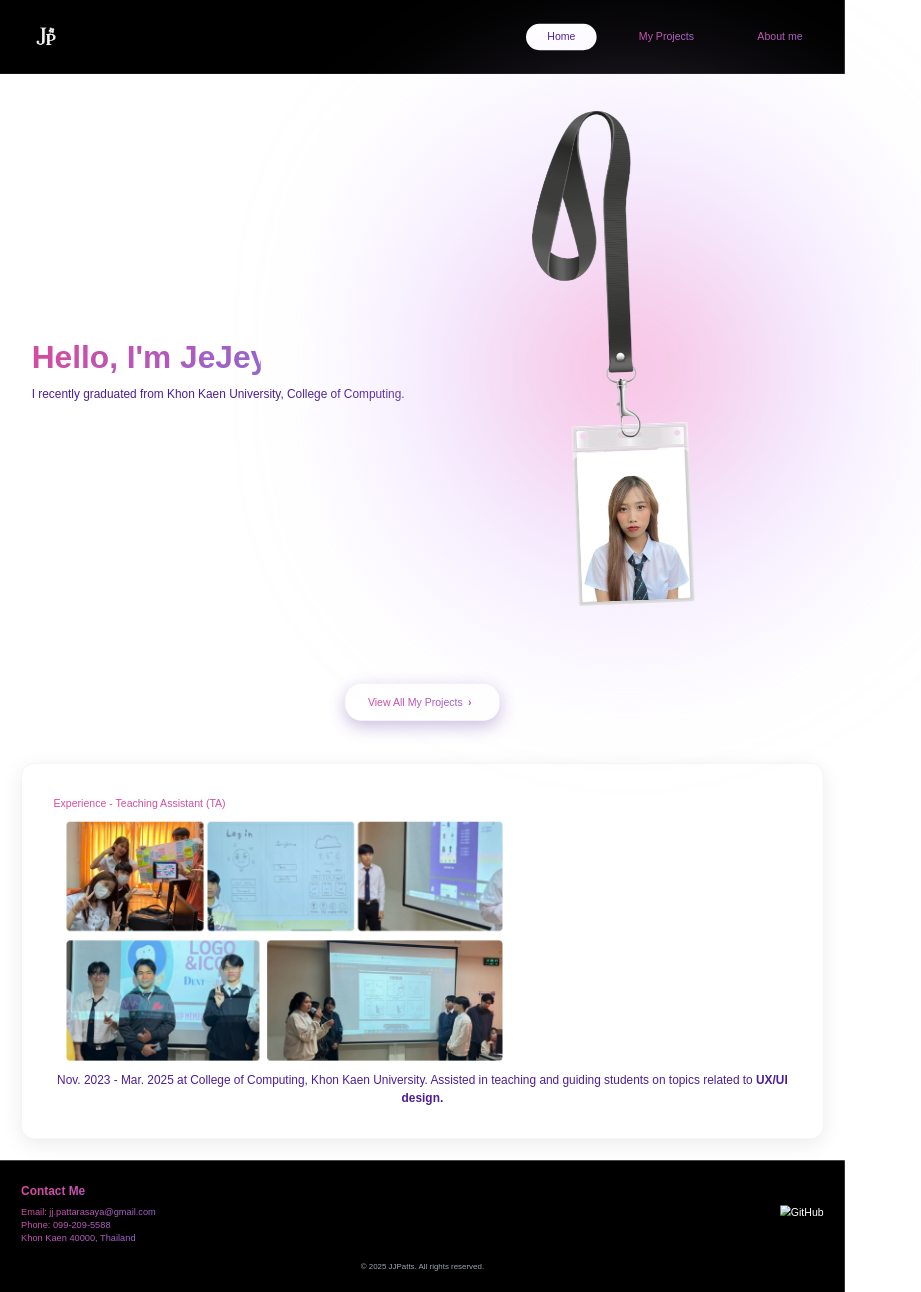
Repository: PattarasayaJJ/Portfolio-jjpatts
Page: /
An editor plug-in stored every save of this project. The page is shown before and after the next save, followed by the edit.
The browser window is 1280 px wide. The page is 1396 px wide, so the pictures cover 1396 px, including what lies to the right of the window. The pictures show the whole page, at 66% of full size.
The project was rebuilt for these pictures with package versions that can differ from the ones it lists, and the page was loaded fresh each time. Also part of the build but not shown: vite.config.js, vite.config.ts, src/header.css, src/work.css, src/components/Works.jsx, src/components/Aboutme.jsx.

Above is the page before, as saved 2025-08-03 23:02:36.

### index.html
<!doctype html>
<html lang="en">
  <head>
    <meta charset="UTF-8" />
    <link rel="icon" type="image/svg+xml" href="/JPtab.png" />
    <meta name="viewport" content="width=device-width, initial-scale=1.0" />
    <title>JJPatts Portfolio</title>
  </head>
  <body>
    <div id="root"></div>
    <script type="module" src="/src/index.jsx"></script>
  </body>
</html>

### src/index.css
@import 'tailwindcss/base';
@import 'tailwindcss/components';
@import 'tailwindcss/utilities';
@import url('https://fonts.googleapis.com/css2?family=Kanit:wght@400;700&display=swap');

*{
   font-family: 'Kanit', sans-serif;

}

### src/App.jsx
import React from 'react';
import { BrowserRouter as Router, Routes, Route } from 'react-router-dom';
import { Header } from './components/Header';
import { Hero } from './components/Hero';
import { Works } from './components/Works';
import { Aboutme } from './components/Aboutme' ;
import { Footer } from './components/Footer';
export function App() {
  return (
    <Router>
      <div className="w-full min-h-screen bg-white">
        <Header />
        <main className="w-full">
          <Routes>
            <Route path="/" element={<><Hero /> </>} />
            <Route path="/works" element={<><Works /></>}/>
            <Route path="/aboutme" element={<Aboutme />} />


          </Routes>
        </main>
        <Footer />

      </div>
    </Router>
  );
}

### src/components/Header.jsx
import React, { useState } from 'react';
import { Link, useLocation } from 'react-router-dom';
import { MenuIcon, XIcon } from 'lucide-react';
import '../header.css';

export function Header() {
  const [isMenuOpen, setIsMenuOpen] = useState(false);
  const location = useLocation();

  const isActive = (path) => location.pathname === path;

  return (
    <header className="w-full bg-black py-4 px-8 relative">
      <div className="max-w-7xl mx-auto flex justify-between items-center">
        <Link to="/">
          <div className="flex items-center">
            <img src="/JP.png" alt="logo" className="w-20" />
          </div>
        </Link>

        <nav className="hidden md:flex space-x-8">
          <Link
            to="/"
            className={`font-medium px-8 py-2 rounded-full ${
              isActive('/') ? 'bg-white text-purple-600' : 'gradient-text'
            }`}
            style={isActive('/') ? { color: '#4c1d95' } : {}}
          >
            Home
          </Link>
          <Link
            to="/works"
            className={`font-medium px-8 py-2 rounded-full ${
              isActive('/works') ? 'bg-white text-purple-600' : 'gradient-text'
            }`}
            style={isActive('/works') ? { color: '#4c1d95' } : {}}
          >
            My Projects
          </Link>
          <Link
            to="/aboutme"
            className={`font-medium px-8 py-2 rounded-full ${
              isActive('/aboutme') ? 'bg-white text-purple-600' : 'gradient-text'
            }`}
            style={isActive('/aboutme') ? { color: '#4c1d95' } : {}}
          >
            About me
          </Link>
        </nav>

        <button className="md:hidden text-white" onClick={() => setIsMenuOpen(!isMenuOpen)}>
          {isMenuOpen ? <XIcon size={24} /> : <MenuIcon size={24} />}
        </button>
      </div>

      <div
        className={`
          fixed top-0 right-0 w-64 h-full bg-black z-50 transform transition-transform duration-300 ease-in-out
          ${isMenuOpen ? 'translate-x-0' : 'translate-x-full'}
          md:hidden
        `}
      >
        <div className="p-6">
          <button className="text-white mb-8" onClick={() => setIsMenuOpen(false)}>
            <XIcon size={24} />
          </button>
          <nav className="flex flex-col space-y-6">
            <Link
              to="/"
              className={`font-medium px-6 py-2 rounded-full block text-center ${
                isActive('/') ? 'bg-white text-purple-600' : 'gradient-text'
              }`}
              style={isActive('/') ? { color: '#4c1d95' } : {}}
              onClick={() => setIsMenuOpen(false)}
            >
              Home
            </Link>
            <Link
              to="/works"
              className={`font-medium px-6 py-2 rounded-full block text-center ${
                isActive('/works') ? 'bg-white text-purple-600' : 'gradient-text'
              }`}
              style={isActive('/works') ? { color: '#4c1d95' } : {}}
              onClick={() => setIsMenuOpen(false)}
            >
              My Projects
            </Link>
            <Link
              to="/aboutme"
              className={`font-medium px-6 py-2 rounded-full block text-center ${
                isActive('/aboutme') ? 'bg-white text-purple-600' : 'gradient-text'
              }`}
              style={isActive('/aboutme') ? { color: '#4c1d95' } : {}}
              onClick={() => setIsMenuOpen(false)}
            >
              About me
            </Link>
          </nav>
        </div>
      </div>

      {isMenuOpen && (
        <div
          className="fixed inset-0 bg-black bg-opacity-50 z-40 md:hidden"
          onClick={() => setIsMenuOpen(false)}
        />
      )}
    </header>
  );
}

### src/components/Hero.jsx
import React from 'react';
import '../hero.css';
import { Link } from 'react-router-dom';

export const Hero = () => {
  return (
    <>
      <section className="hero-section">
        <div className="hero-container">
          <div className="hero-left">
            <div className="hero-text-box">
              <span className="hero-name typing gradient-text">Hello, I'm JeJey.</span>
              <p className="hero-quote">
                I recently graduated from Khon Kaen University, College of Computing.
              </p>
            </div>


          </div>

          <div className="hero-left">
            <div className="hero-image-wrapper">
              <img
                src="/card1.png"
                alt="Portfolio character illustration"
                className="hero-main-image"
              />
            </div>
          </div>
        </div>

         <Link
              to="/works"
              className="moreproject"
              onClick={() => window.scrollTo({ top: 0, behavior: 'instant' })}
            >
              <span className="gradient-text">View All My Projects</span>
              <span className="arrow-icon gradient-text">›</span>
            </Link>
      </section>

      <section className="hero-section">
        <div className="final-project-card-ex">
          <h2 className="final-project-title gradient-text">
            Experience - Teaching Assistant (TA)
          </h2>
          <div className="final-project-content">
            <div className="final">
              <img
                src="/ta.png"
                alt="TA Presentation"
                className="bottom-image"
              />
            </div>
            <p className="bottom-caption">
              Nov. 2023 - Mar. 2025 at College of Computing, Khon Kaen University.
              Assisted in teaching and guiding students on topics related to{' '}
              <span className="uxui">UX/UI design.</span>
            </p>
          </div>
        </div>
      </section>
    </>
  );
};

### src/components/Footer.jsx
import React from 'react';

export function Footer() {
  return (
    <footer className="w-full bg-black text-white py-8 px-8">
  <div className="max-w-7xl mx-auto flex flex-col md:flex-row justify-between items-center space-y-6 md:space-y-0">

        <div className="text-center md:text-left gradient-text ">
          <h2 className="text-lg font-semibold">Contact Me</h2>
          <p className="text-sm mt-2">Email: jj.pattarasaya@gmail.com</p>
          <p className="text-sm">Phone: 099-209-5588</p>
          <p className="text-sm">Khon Kaen 40000, Thailand</p>

        </div>

        <div className="flex space-x-4 ">
        <a href="https://github.com/PattarasayaJJ" target="_blank" rel="noopener noreferrer">
        <img src="https://github.githubassets.com/favicons/favicon.png" alt="GitHub" />

  </a>

        </div>
      </div>

      <div className="text-center text-xs text-gray-400 mt-6 ">
        © {new Date().getFullYear()} JJPatts. All rights reserved.
      </div>
    </footer>
  );
}

### src/hero.css
.hero-section {
  max-width: 80rem;
    margin: 0 auto;
    padding: 2rem;
}

.hero-container {
  max-width: 80rem;
  margin: 0 auto;
  display: flex;
  flex-direction: column;
  gap: 2rem;
  justify-content: space-between;
  align-items: center;
}

.hero-image-wrapper {
  position: relative;
  z-index: 10;
  overflow: visible;
}

.moreproject {
   width: fit-content;
  height: 3.5rem;
  border-radius: 25px;
  display: flex;
  align-items: center;
  justify-content: center;
  font-size: 1rem;
  cursor: pointer;
  transition: all 0.3s ease;
  text-decoration: none;
  margin: 4rem auto 0;
  box-shadow: 0 8px 25px rgba(76, 29, 149, 0.3);
  padding: 0 2rem;
  border: 2px solid transparent;
  position: relative;
  overflow: hidden;
  animation: pulseMove 2s ease-in-out infinite;
}

.moreproject:hover {
  background-color: black;
  transform: scale(1.08);
}

.arrow-icon {
  padding: 0.5rem;
  font-weight: bold;
}

@keyframes gradientShift {
  0% {
    background: radial-gradient(
      circle at center,
      rgba(244, 114, 182, 0.5),
      rgba(216, 180, 255, 0.3),
      transparent 70%
    );
  }
  50% {
    background: radial-gradient(
      circle at center,
      rgba(129, 140, 248, 0.5),
      rgba(216, 180, 255, 0.4),
      transparent 70%
    );
  }
  100% {
    background: radial-gradient(
      circle at center,
      rgba(244, 114, 182, 0.5),
      rgba(216, 180, 255, 0.3),
      transparent 70%
    );
  }
}


.hero-image-wrapper::before {
  content: "";
  position: absolute;
  top: 50%;
  left: 50%;
  width: 150%;
  height: 150%;
  transform: translate(-50%, -50%);
  filter: blur(80px);
  z-index: 5;
  pointer-events: none;
  animation: gradientShift 5s ease-in-out infinite;
}



.hero-left {
  position: relative;
  width: 100%;
}

@media (min-width: 768px) {

  .hero-container {
    flex-direction: row;
  }
  .hero-left {
    width: 50%;
  }
  .final-project-card-ex {
   background: #ffffff;
  border-radius: 20px;
  padding: 3rem;
  box-shadow: 0 8px 32px rgba(0, 0, 0, 0.08);
  border: 1px solid #f0f0f0;
  display: flex;
  flex-direction: column;

}
  .hero-right {
    width: 50%;
    text-align: right;
  }
}





.hero-text-box {
  color: #4c1d95;
  max-width: 36rem;
  margin-left: auto;
}



.hero-quote {
  font-size: 1.125rem;
  margin-bottom: 1rem;

}

.hero-name {
  font-weight: 700;
  margin-top: 1rem;


}




@keyframes swingImage {
  0% {
    transform: rotate(0deg);
  }
  25% {
    transform: rotate(-3deg);
  }
  50% {
    transform: rotate(0deg);
  }
  75% {
    transform: rotate(3deg);
  }
  100% {
    transform: rotate(0deg);
  }
}

.hero-main-image {
  width: 100%;
  max-width: 28rem;
  margin: 0 auto;
  position: relative;
  z-index: 20;
  animation: swingImage 5s ease-in-out infinite;
  transform-origin:center;
}


@media (max-width: 767px) {
  .hero-image-wrapper::before {
    width: 100%;
    height: 100%;
    filter: blur(60px);
  }
  .hero-main-image {
    width: 90%;
    max-width: 20rem;
  }

  .hero-text-box {
    max-width: 100%;
    margin-left: 0;
    padding: 0 1rem;
  }
  .hero-quote {
    font-size: 1rem;

  }

  .bottom-caption {
    font-size: 1rem;
    color: #4c1d95;
    align-self: center;
    text-align: center;

  }
  .uxui{
    font-size: 1rem;
    color: #4c1d95;
    text-align: center;
    line-height: 1.5;
    font-weight: bold;

  }
  .final-project-card-ex {
  background: #ffffff;
  border-radius: 20px;
  padding: 3rem;
  box-shadow: 0 8px 32px rgba(0, 0, 0, 0.08);
  border: 1px solid #f0f0f0;
  display: flex;
  flex-direction: column;
  }
  .interest{
    list-style: none;
    color: #4c1d95;

  }
  li{
    font-size: 1rem;
    color: #4d1d95a2;
    line-height: 1.8rem;

  }

}







  @media (min-width: 768px) {
    .experience-title {
      text-align: left;
      font-size: 1.5rem;
    }
  }



  @media (min-width: 768px) {

  }


  @media (min-width: 768px) {
    .bottom-image {
      width:100%;
      max-width: 700px;
      border-radius: 1rem;
    }


    .bottom-caption {
      font-size: 1.125rem;
      color: #4c1d95;
      align-self: center;
      text-align: center;

    }
    .uxui{
      font-size: 1.125rem;
      color: #4c1d95;
      text-align: center;
      line-height: 1.5;
      font-weight: bold;

    }
  }



  .hero-name{
    font-size: 3rem;
  }

  .typing {
    display: inline-block;
    overflow: hidden;
    white-space: nowrap;
    animation: typing 2s steps(13) forwards;
  }

  @keyframes typing {
    from { width: 0 }
    to { width: 13ch }
  }

### src/aboutme.css
.about-container {
  max-width: 1200px;
  margin: 0 auto;
  padding: 2rem 1rem;
  background-color: #ffffff;
}

.breadcrumb {
  margin-bottom: 1rem;
  font-size: 1rem;
  color: #4B5563;
  display: flex;
  align-items: center;
}

.breadcrumb-link {
  color: #4B5563;
  text-decoration: none;
}

.breadcrumb-link:hover {
  text-decoration: underline;
}


.breadcrumb-separator {
  margin: 0 0.5rem;
}

.breadcrumb-current {
  font-weight: bold;
  color: #4c1d95;
}

.about-content {
  display: grid;
  grid-template-columns: 1fr 2fr;
  gap: 3rem;
  align-items: start;
}

.profile-section {
  display: flex;
  flex-direction: column;
  gap: 2rem;
}

.profile-card {
  background: #ffffff;
  border-radius: 20px;
  padding: 1rem;
  box-shadow: 0 8px 32px rgba(0, 0, 0, 0.08);
  border: 1px solid #f0f0f0;
  text-align: center;
}

.avatar-container {
  display: flex;
  flex-direction: column;
  align-items: center;
}

.avatar-wrapper {
  width: 200px;
  height: 200px;
  transition: transform 0.3s ease;
}

.avatar-wrapper:hover {
  transform: scale(1.05);
}

.avatar-img {
  width: 100%;
  height: 100%;
  object-fit: contain;
}

.profile-name {
  font-size: 1.5rem;
  color: #4c1d95;
  margin: 0;
}

.profile-title {
  font-size: 1rem;
  color: #6b46c1;
  margin: 0;
}

.email {
  font-size: 1rem;
  color: #6b7280;
  margin-bottom: 10px;
}

.social-icons {
  display: flex;
  justify-content: center;
  gap: 1rem;
}

.social-link {
  display: flex;
  align-items: center;
  justify-content: center;
  width: 40px;
  height: 40px;
  box-shadow: 0 8px 32px rgba(0, 0, 0, 0.08);
  border-radius: 50%;
  transition: all 0.3s ease;
}

.social-link:hover {
  transform: translateY(-2px);
  box-shadow: 0 4px 12px rgba(107, 70, 193, 0.3);
}

.social-icons img {
  width: 20px;
  height: 20px;
}

.education-card {
  background: #ffffff;
  border-radius: 20px;
  padding: 2rem;
  box-shadow: 0 8px 32px rgba(0, 0, 0, 0.08);
  border: 1px solid #f0f0f0;
}

.education-content {
  margin-top: 1rem;
}

.degree {
  font-size: 1rem;
  color: #4c1d95;
  margin: 0 0 0.5rem 0;
}

.university {
  font-size: 1rem;
  color: #4c1d95;
  margin: 0 0 0.25rem 0;
}

.graduation {
  font-size: 0.9rem;
  color: #6b7280;
  margin: 0;
}

.skills-section {
  display: flex;
  flex-direction: column;
}

.skills-grid {
  display: grid;
  grid-template-columns: 1fr;
  gap: 2rem;
}

.skill-category {
  background: #ffffff;
  border-radius: 20px;
  padding: 2rem;
  box-shadow: 0 8px 32px rgba(0, 0, 0, 0.08);
  border: 1px solid #f0f0f0;
  border-left: 5px solid #ffdff3;
}

.section-title,
.category-title {
  font-size: 1rem;
  margin: 0 0 1.5rem 0;
  display: flex;
  align-items: center;
}

.gradient-text {
  background: linear-gradient(135deg, #DD489B, #9067D3);
  -webkit-background-clip: text;
  -webkit-text-fill-color: transparent;
  background-clip: text;
}

.skills-list {
  display: flex;
  flex-wrap: wrap;
  gap: 0.75rem;
}

.skill-tag {
  background: linear-gradient(135deg, #e5d4ff, #f3e8ff);
  color: #6b46c1;
  padding: 0.5rem 1rem;
  border-radius: 20px;
  font-size: 0.8rem;
  border: 1px solid #e5d4ff;
  transition: all 0.3s ease;
  cursor: default;
}

.skill-tag:hover {
  background: linear-gradient(135deg, #ddd6fe, #e5d4ff);
  transform: translateY(-2px);
  box-shadow: 0 4px 12px rgba(107, 70, 193, 0.2);
}

@media (max-width: 1024px) {
  .about-content {
    grid-template-columns: 1fr;
    gap: 2rem;
  }

  .skills-grid {
    grid-template-columns: repeat(2, 1fr);
  }
}

@media (max-width: 768px) {
  .about-container {
    padding: 1.5rem 1rem;
  }

  .about-content {
    gap: 1.5rem;
  }

  .skills-grid {
    grid-template-columns: 1fr;
    gap: 1.5rem;
  }

  .profile-card,
  .education-card,
  .skill-category {
    padding: 1.5rem;
  }

  .avatar-wrapper {
    width: 150px;
    height: 150px;
  }

  .profile-name {
    font-size: 1.25rem;
  }

  .profile-title {
    font-size: 0.9rem;
  }

  .section-title,
  .category-title {
    font-size: 1.1rem;
  }

  .skill-tag {
    font-size: 0.8rem;
    padding: 0.4rem 0.8rem;
  }
}

@media (max-width: 480px) {

  .profile-card,
  .education-card,
  .skill-category {
    padding: 1.25rem;
  }

  .avatar-wrapper {
    width: 120px;
    height: 120px;
  }

  .profile-name {
    font-size: 1rem;
  }

  .skills-list {
    gap: 0.5rem;
  }

  .skill-tag {
    font-size: 0.75rem;
    padding: 0.35rem 0.7rem;
  }
}

Loaded but not shown: src/index.jsx (common file); tailwind.config.js (common file)

After the next save:
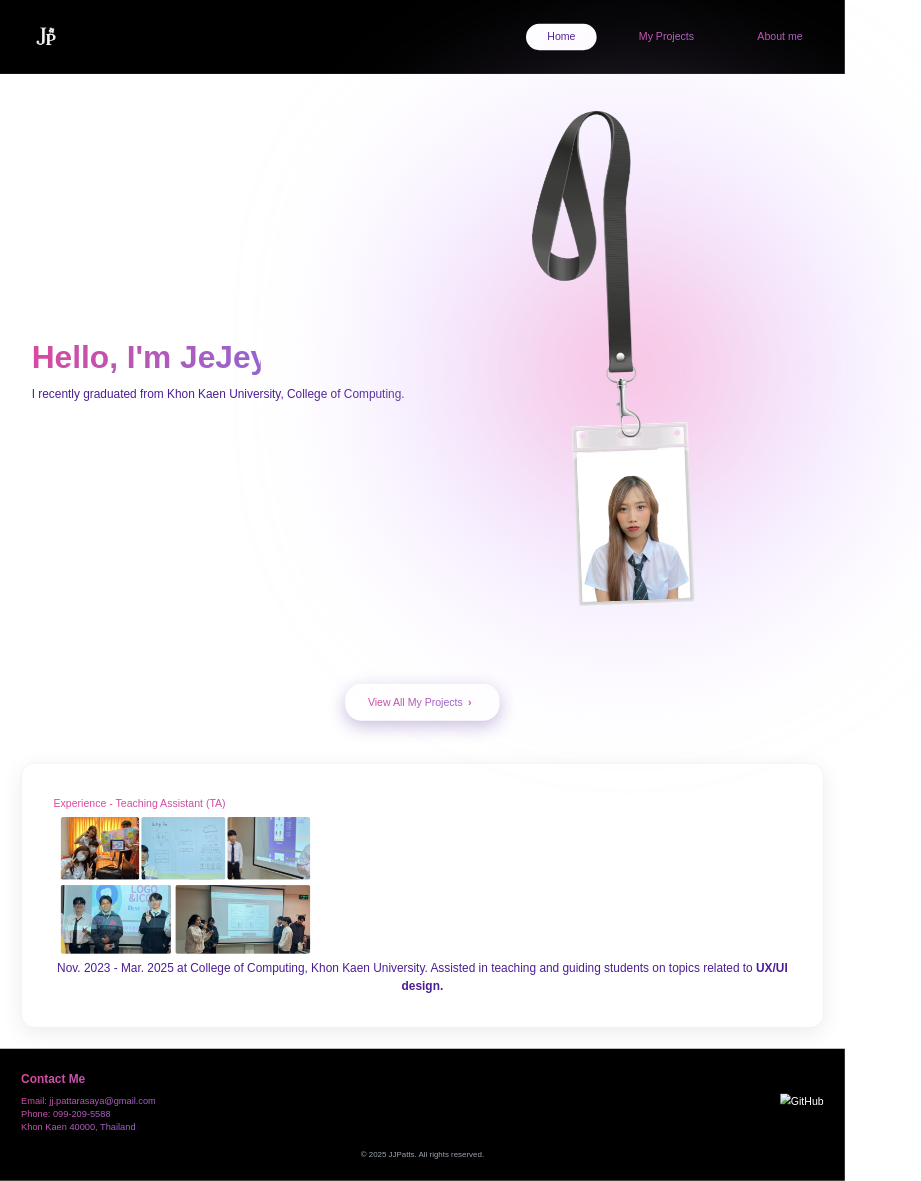
Saved 6 min 29 s later.
--- a/src/hero.css
+++ b/src/hero.css
@@ -261,7 +261,7 @@
 
   @media (min-width: 768px) {
     .bottom-image {
-      width:100%;
+      width:400px;
       max-width: 700px;
       border-radius: 1rem;
     }
